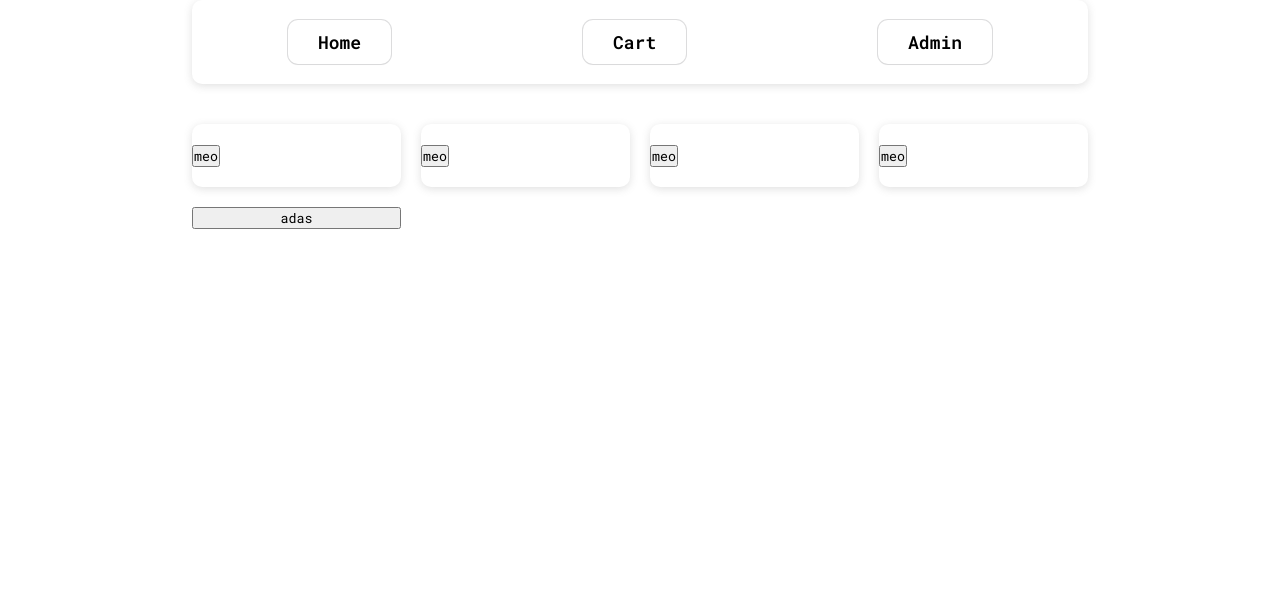
Repository: tuankiet10920/vuejs
Page: /
These files come from the project's save history. The page is drawn as it stood at one moment and after the next save; the edit follows.
The browser window is 1280 px wide. The pictures show the whole page.
The project was rebuilt for these pictures with package versions that can differ from the ones it lists, and the page was loaded fresh each time. Also part of the build but not shown: vite.config.js.

Above is the page before, as saved 2024-08-24 13:49:19.

After the next save:
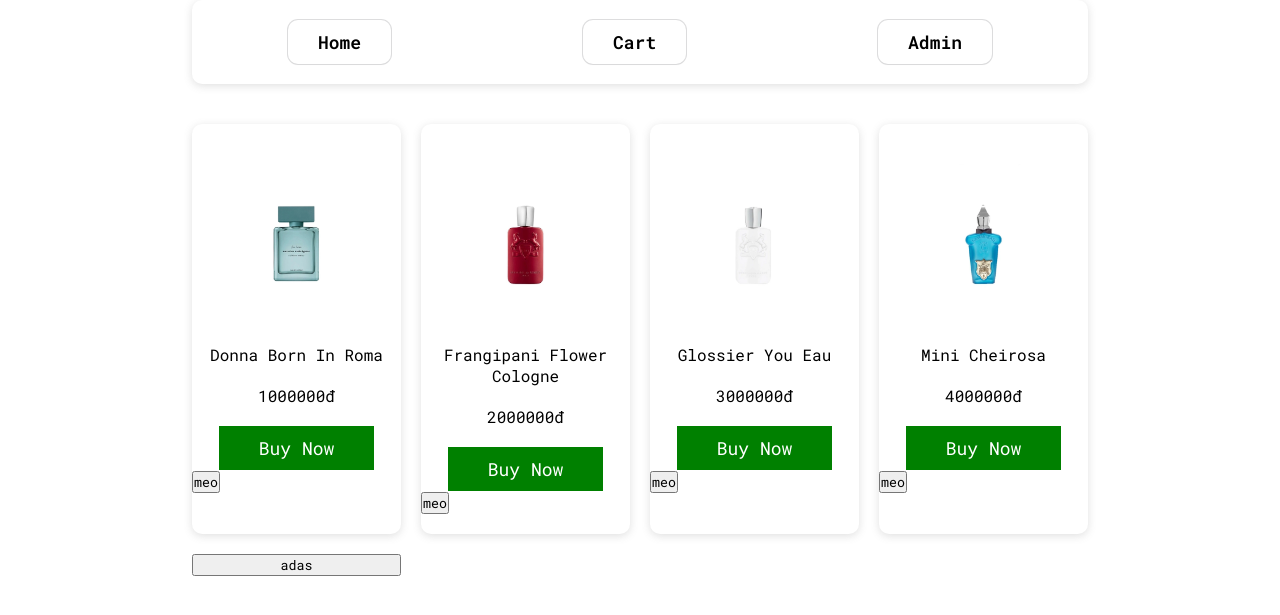
Saved 9 s later.
--- a/src/components/product.vue
+++ b/src/components/product.vue
@@ -1,6 +1,6 @@
 <template>
     <div class="box">
-        <!-- <div class="image">
+        <div class="image">
             <img :src="strimage" alt="product-1">
         </div>
         <div class="content">
@@ -11,7 +11,7 @@
                 <p>{{ product.price }}đ</p>
             </div>
             <Button />
-        </div> -->
+        </div>
         <button @click="clickDebug">meo</button>
     </div>
 </template>
